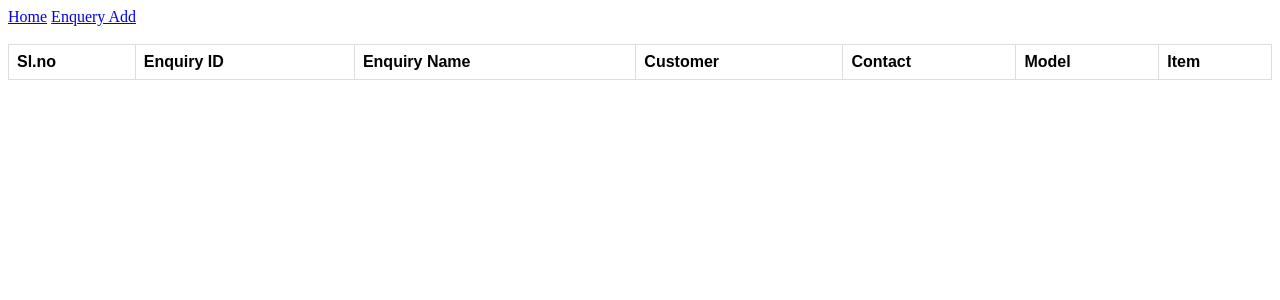
Repository: karthik-H/vms
Page: http://localhost/vms/enquiry-delete.jsp
An editor plug-in stored every save of this project. The page is shown before and after the next save, followed by the edit.
The browser window is 1280 px wide. The pictures show the whole page.
The page is served by Tomcat 9. Other server files are loaded and not shown. Queries for data that is not in the repository find no rows.

Above is the page before, as saved 2019-01-25 09:19:25.

### Vehicle/vms/src/main/webapp/enquiry-delete.jsp
<%@ page language="java" contentType="text/html; charset=ISO-8859-1"
    pageEncoding="ISO-8859-1"%>
<!DOCTYPE html PUBLIC "-//W3C//DTD HTML 4.01 Transitional//EN" "http://www.w3.org/TR/html4/loose.dtd">
<jsp:useBean id="mybean1" class="com.vms.Enquiry_List" scope="request" />
<jsp:useBean id="mybean2" class="com.vms.Enquiry_Delete" scope="request" />

<html>
<head>
<meta http-equiv="Content-Type" content="text/html; charset=ISO-8859-1">
<title>Enquiry delete</title>
<style>
table {
    font-family: arial, sans-serif;
    border-collapse: collapse;
    width: 100%;
}

td, th {
    border: 1px solid #dddddd;
    text-align: left;
    padding: 8px;
}

tr:nth-child(even) {
    background-color: #dddddd;
}
</style>
</head>
<body>
<a href="home.jsp">Home</a>
<a href="enquiry-add.jsp">Enquery Add</a>
</br>
</br>
<table>
  <tr>
    <th>Sl.no</th>
    <th>Enquiry ID</th>
    <th>Enquiry Name</th>
    <th>Customer</th>
    <th>Contact</th>
    <th>Model</th>
    <th>Item</th>
  </tr>
  <%=mybean1.populateEnquiryTable() %>
</table>

</body>
</html>

Loaded but not shown: Vehicle/vms/src/main/webapp/css/normalize.min.css (common file); Vehicle/vms/src/main/webapp/css/font-awesome.min.css (library); Vehicle/vms/src/main/webapp/css/style.css (2642 lines, source omitted)

After the next save:
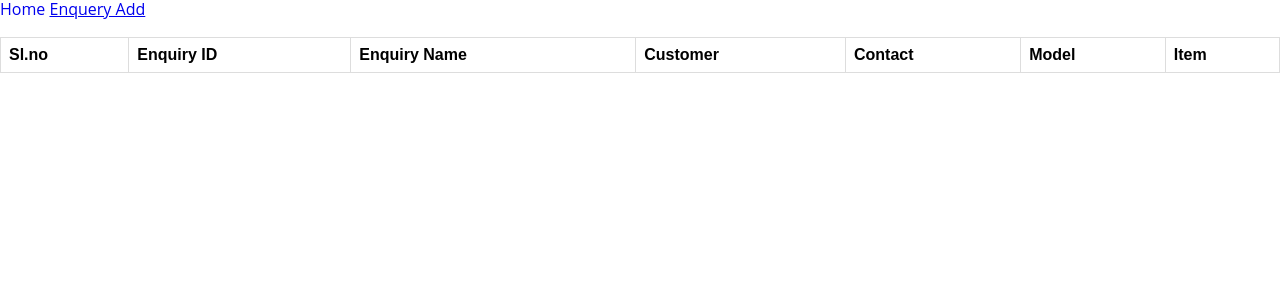
Saved 84 s later.
--- a/Vehicle/vms/src/main/webapp/enquiry-delete.jsp
+++ b/Vehicle/vms/src/main/webapp/enquiry-delete.jsp
@@ -7,6 +7,9 @@
 <html>
 <head>
 <meta http-equiv="Content-Type" content="text/html; charset=ISO-8859-1">
+  <link rel="stylesheet" href="css/normalize.min.css">
+  <link rel='stylesheet prefetch' href='css/font-awesome.min.css'>
+  <link rel="stylesheet" href="css/style.css">
 <title>Enquiry delete</title>
 <style>
 table {
